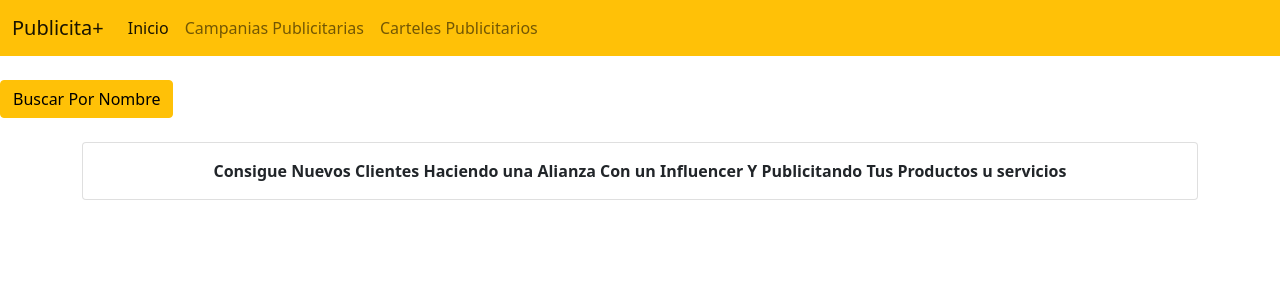
Repository: programador23/PublicitaMasWebVersionFinal
Page: http://localhost/listapublicidadgeneral
The author's editor kept a copy of each file at every save. The page is drawn from the files as they stood at one save, then again after the next save.
The browser window is 1280 px wide. The pictures show the whole page.
The page is this project's Thymeleaf template; nobody is signed in. The template is opened directly, without the code that normally fills it, so the values that code supplies are empty.

Above is the page before, as saved 2021-07-06 00:58:27.

After the next save:
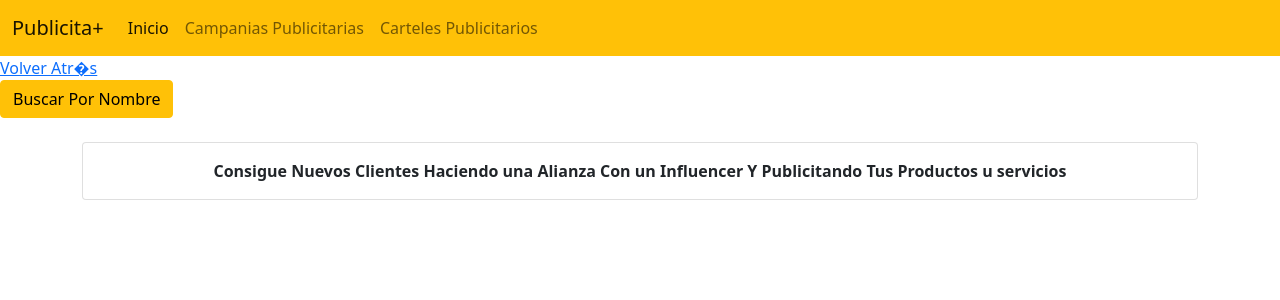
Saved 2 min 29 s later.
--- a/PublicitaMasWeb-master/src/main/resources/templates/listapublicidadgeneral.html
+++ b/PublicitaMasWeb-master/src/main/resources/templates/listapublicidadgeneral.html
@@ -35,6 +35,7 @@
 </header>
 
 <body>
+<a href="javascript:history.back()"> Volver Atrás</a>
 <br>
 <a th:href="@{/listanombre}"Class="btn btn-warning">Buscar Por Nombre</a>
 
